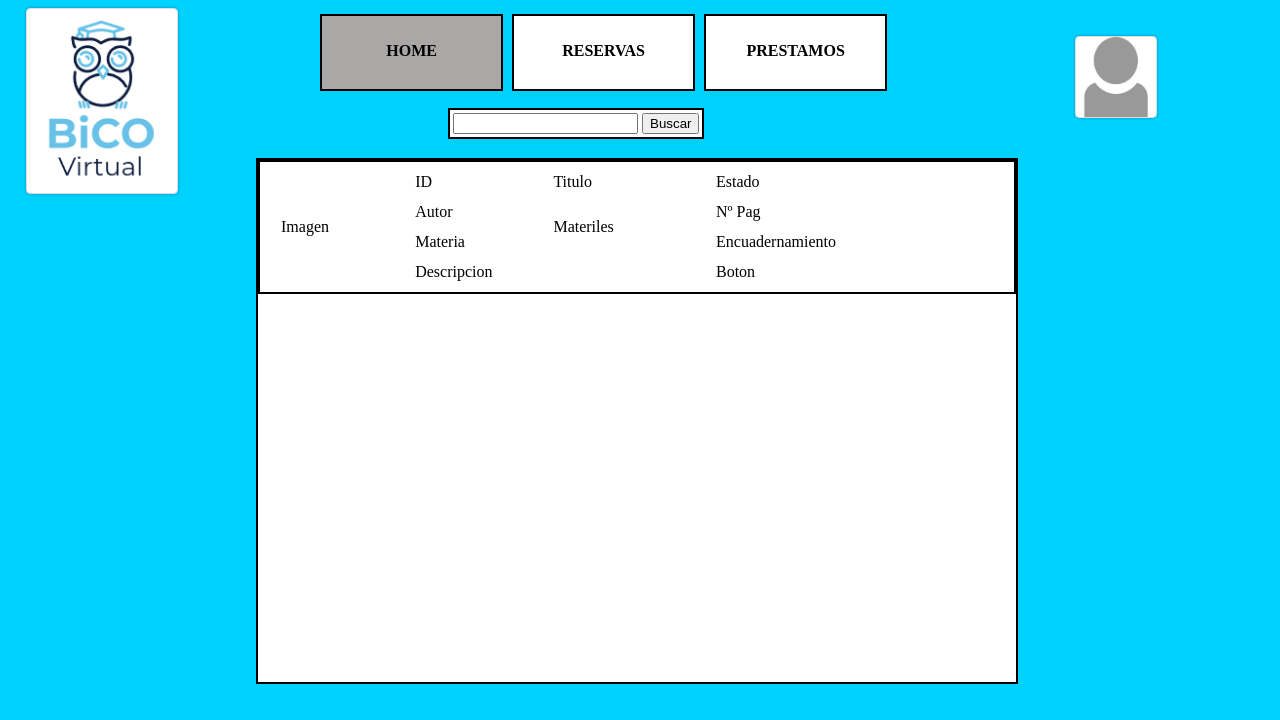
Repository: i72frpeu/IW_Bien
Page: http://localhost/Trabajo_IW/Vistas/Libro.jsp
These files come from the project's save history. The page is drawn as it stood at one moment and after the next save; the edit follows.
The browser window is 1280 px wide. The pictures show the whole page.
The page is served by Tomcat 9. Other server files are loaded and not shown.

Above is the page before, as saved 2020-05-16 18:05:48.

### WorkSpace/Trabajo IW/WebContent/Vistas/Libro.jsp
<%@ page language="java" contentType="text/html; charset=ISO-8859-1" pageEncoding="ISO-8859-1"%>
<%@ include file="../Includes/header.jsp" %>

<!DOCTYPE html>

<html>

<head>
	<meta charset="ISO-8859-1">
	<title>Libro</title>
	<link rel="stylesheet" type="text/css" href="../CSS/header.css">
	<link rel="stylesheet" type="text/css" href="../CSS/wf4.0.css">
</head>

<body>
  <!--Roll de artículos-->

  <div class="buscador">
  	<form>
  		<table>
  		<tr>
  		<td><input type="text" name="buscar" required></td>
  		<td><input type="submit" value="Buscar"></td>
  		</tr>
  		</table>
  	</form>
  </div>

  <div class="div_home">
	<table class = "tablalibro">
		<tr>
			<td rowspan = 4> Imagen </td> <td> ID </td> <td> Titulo </td> <td> Estado </td>
		</tr>
		<tr>
			<td> Autor </td> <td rowspan = 2> Materiles </td> <td> Nº Pag </td>
		</tr>
		<tr>
			<td> Materia </td> <td> Encuadernamiento </td>
		</tr>
		<tr>
			<td colspan = 2> Descripcion </td> <td> Boton </td>
		</tr>
	</table>
  </div>

</body>

</html>

### WorkSpace/Trabajo IW/WebContent/Includes/header.jsp
<!DOCTYPE html>
<html>

<head>
	<meta charset="ISO-8859-1">
</head>

<body>
  <header class="main-header">
    <!--Definimos el logo-->
    <img src="../img/logo.PNG" alt="LOGO" class="logo_home">
    <!--Enlace a HOME-->
	<a href="" class="link_home"><strong>HOME</strong></a>
    <!--Enlace a AMIGOS-->
    <a href="" class="link_amigos"><strong>RESERVAS</strong></a>
    <!--Enlace a BUSCADOR-->
    <a href="" class="link_buscador"><strong>PRESTAMOS</strong></a>
    <!--Definimos imagen usuario-->
    <div>
      <img src="../img/profile-42914_960_720.png" alt="IMG_USER" class="img_user">
      <div class="options_user">
        <form>
        </form>
      </div>
    </div>
  </header>
 </body>
 </html>

### WorkSpace/Trabajo IW/WebContent/CSS/header.css
body
{
	background-color: rgb(0,210,255);
}


/*153x100 pixeles*/
.logo_home
{
	position: fixed;
	left: 2%;
	width: 150px;
	margin-right: 5%;
	border: 1px solid #ddd;
  	border-radius: 4px;
  	box-shadow: 0 0 2px 1px rgba(0, 140, 186, 0.5);
}

.img_user
{
	position: fixed;
	left: 82%;
	top: 5%;
	width: 80px;
	height: 80px;
	margin-left: 2%;
	border: 1px solid #ddd;
  	border-radius: 4px;
  	box-shadow: 0 0 2px 1px rgba(0, 140, 186, 0.5);
}
.options_user
{
	position: fixed;
	top: 18%;
	left: 84%;
}


.link_home
{
	background-color: white;
	border: 2px solid black;
	color: black;
	text-decoration: none;
	padding: 2%;
	left: 25%;
	top:2%;
	width: 10%;
	height: 3%;
	text-align: center;
	position: fixed;
}

.link_amigos
{
	background-color: white;
	border: 2px solid black;
	color: black;
	text-decoration: none;
	padding: 2%;
	left: 40%;
	top:2%;
	width: 10%;
	height: 3%;
	text-align: center;
	position: fixed;
}

.link_buscador
{
	background-color: white;
	border: 2px solid black;
	color: black;
	text-decoration: none;
	padding: 2%;
	left: 55%;
	top:2%;
	width: 10%;
	height: 3%;
	text-align: center;
	position: fixed;
}

.link_foro
{
	background-color: white;
	border: 2px solid black;
	color: black;
	text-decoration: none;
	padding: 2%;
	left: 65%;
	top:2%;
	width: 10%;
	height: 3%;
	text-align: center;
	position: fixed;
}

div.div_lista_amigos
{
	background-color: white;
	border: 2px solid black;
	position: fixed;
	left: 2%;
	top: 40%;
	width: 10%;
	height: 45%;
	padding: 2%;
	overflow: auto;
}

.boton_cir
{
	border-radius: 200px 200px 200px 200px;
	-moz-border-radius: 200px 200px 200px 200px;
	-webkit-border-radius: 200px 200px 200px 200px;
	left: 85%;
	top: 75%;
	width: 100px;
	height: 100px;
	font-size: 80px;
	position: fixed;
	border: 0;
	color: white;
	background-color: rgb(0, 46, 255);
	box-shadow: 0 4px 8px 0 rgba(0, 0, 0, 0.2), 0 6px 20px 0 rgba(0, 0, 0, 0.19);
 }

a.sobre
{
	position: fixed;
	left: 30%;
	top: 96%;
}

a.tecnico
{
	position: fixed;
	left: 60%;
	top: 96%;
}

.div_home
{
	background-color: white;
	border: 2px solid black;
	position: fixed;
	left: 20%;
	right: 20.5%;
	top:22%;
	bottom: 5%;
	color: black;
	overflow: auto;
}

.img_user_2
{
	top: 5px;
	left: 5px;
	height: 50px;
	width: 50px;
	border: 1px solid #ddd;
  	border-radius: 4px;
}
table.uno
{
	border: 2px solid black;
	border-spacing: 20px 10px;

	width: 100%;

}

table.dos
{
	border: 2px solid white;
	border-spacing: 10px;
	width: 100%;

}
.td_user_des
{
	border: 2px solid black;
	width: 100%;
}

.buscador
{
	position: relative;
	top: 2%;
	left: 15%;

}
.q_buscador
{
	width: 60%;
}

### WorkSpace/Trabajo IW/WebContent/CSS/wf4.0.css
.link_home
{
	background-color: rgb(170, 167, 167);
}

div.buscador
{
	background-color: white;
	border: 2px solid black;
	position: fixed;
	top: 15%;
	left: 35%;
}

table.tablalibro
{
	width: 100%;
	border: 2px solid black;
	border-spacing: 20px 10px;
}

After the next save:
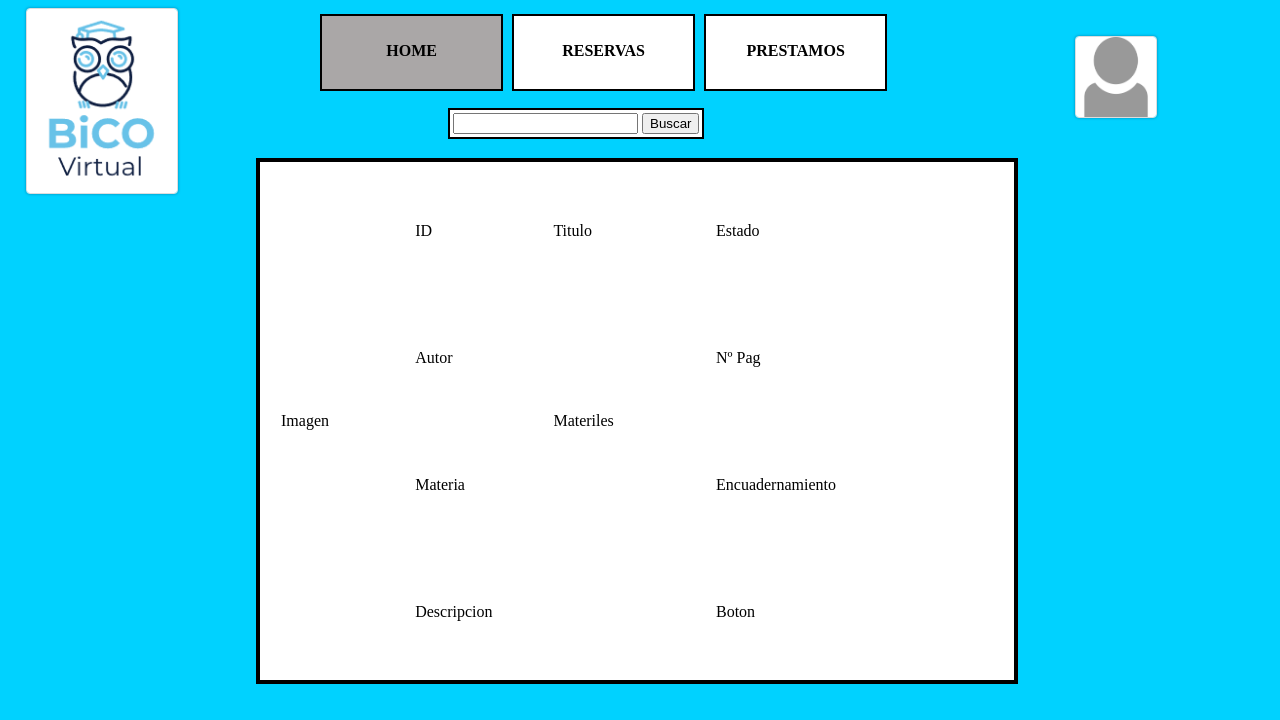
Saved 23 s later.
--- a/WorkSpace/Trabajo IW/WebContent/CSS/wf4.0.css
+++ b/WorkSpace/Trabajo IW/WebContent/CSS/wf4.0.css
@@ -17,4 +17,5 @@ table.tablalibro
 	width: 100%;
 	border: 2px solid black;
 	border-spacing: 20px 10px;
+	height: 100%;
 }
